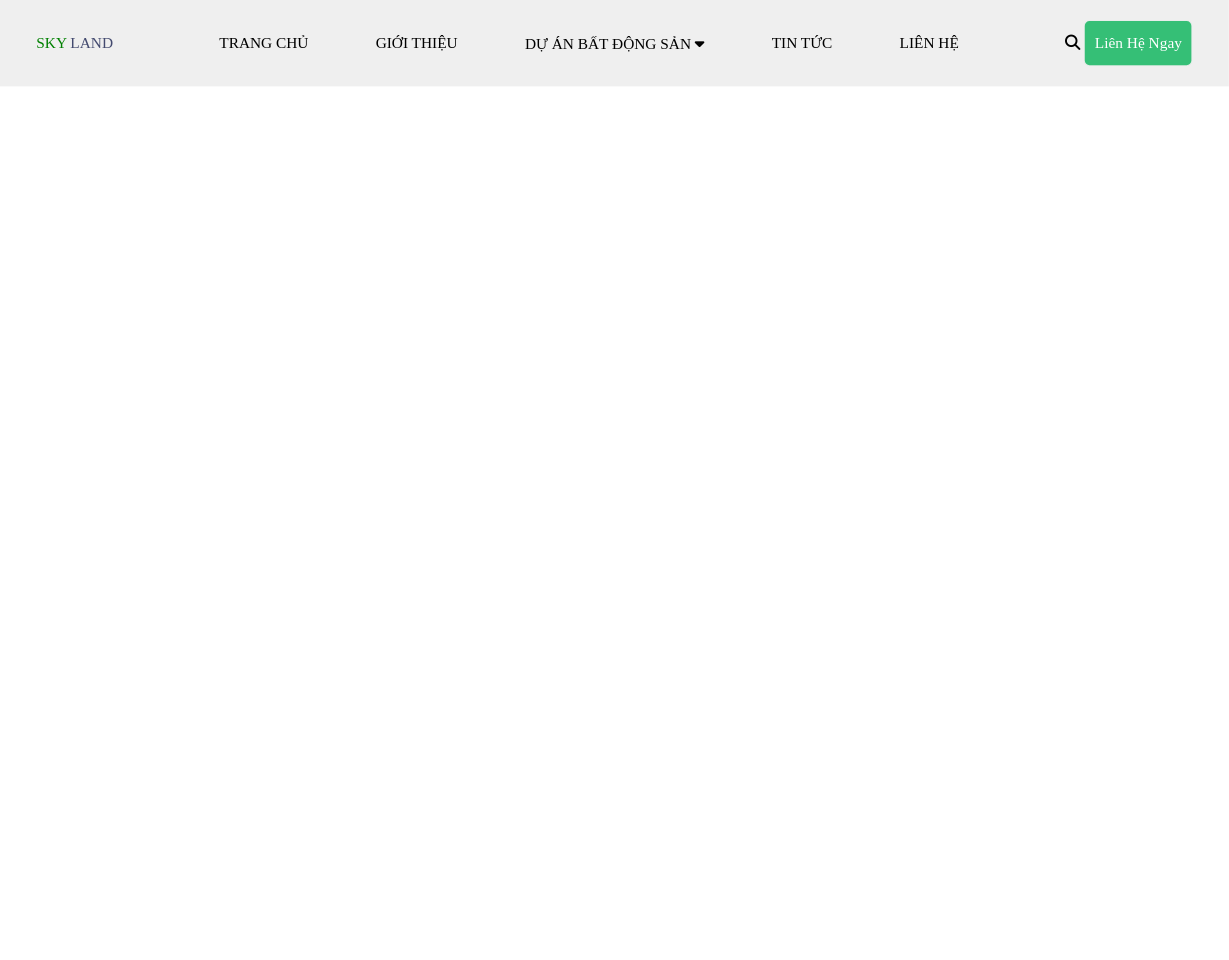
Repository: HuynhDuc23/Webvideodesgin
Page: htmlcssNangCao/index.html
The author's editor kept a copy of each file at every save. The page is drawn from the files as they stood at one save, then again after the next save.
The browser window is 1280 px wide. The pictures show the whole page, at 96% of full size.
The style sheet was rebuilt from its Sass, Less or Tailwind sources for each picture, by a compiler version that may differ from the author's.

Above is the page before, as saved 2023-04-30 08:58:39.

### htmlcssNangCao/index.html
<html lang="en">
<head>
    <meta charset="UTF-8">
    <meta http-equiv="X-UA-Compatible" content="IE=edge">
    <meta name="viewport" content="width=device-width, initial-scale=1.0">
    <link rel="stylesheet" href="./reset.css">
    <link rel="stylesheet" href="https://cdnjs.cloudflare.com/ajax/libs/font-awesome/6.4.0/css/all.min.css" integrity="sha512-iecdLmaskl7CVkqkXNQ/ZH/XLlvWZOJyj7Yy7tcenmpD1ypASozpmT/E0iPtmFIB46ZmdtAc9eNBvH0H/ZpiBw==" crossorigin="anonymous" referrerpolicy="no-referrer" />
    <link rel="stylesheet" href="./style.css">

    <title>Document</title>
</head>
<body>
    <div class="skyland">
        <div class="skyland__top">
            <div class="skyland__header">
                <h1 class="skyland__left1">Sky <span>Land</span> </h1>
            </div>
            <div class="skyland__left">
                <ul class="list">
                    <li class="items">Trang Chủ</li>
                    <li class="items">Giới Thiệu</li>
                    <li class="items">Dự Án Bất Động Sản
                        <i class="fa-solid fa-caret-down caret-down"></i>
                    </li>
                    <li class="items">Tin Tức</li>
                    <li class="items">Liên Hệ</li>
                </ul>
            </div>
            <div class="iconbutton">
                <i class="fa-solid fa-magnifying-glass icon-search"></i>
                <span class="text">Liên Hệ Ngay</span>
            </div>
        </div>
    </div>
</body>
</html>

### htmlcssNangCao/style.scss
html {
    margin: 0;
    padding: 0;
    box-sizing:border-box ;
}
.skyland {
    width: 100%;
    height: 1000px;
    background-color: white;
    &__top {
        width: 100%;
        height: 90px;
        background-color: #eeee;
        display: flex;
        align-items: center;
        justify-content: space-around;
    }
    &__left {
        .list {
          display: flex;
        }
        .items {
            padding: 0 35px;
            text-transform: uppercase;
            cursor: pointer;
        }
    }
    &__header{
        h1 {
            cursor: pointer;
             text-transform: uppercase;
             color: green;
        }
        span {
            color:#434a6f;
        }
    }
    .iconbutton {

        .text {
            color: white;
            display: inline-block;
            line-height: 1.6;
            padding-left: 10px;
            cursor: pointer;
            background-color: #35bf76;
         padding: 10px 10px;
         border: 1px solid #eeee;
         border-radius: 6px;
         line-height: 1.6;
        }
        .icon-search {
            color:black;
        }
    }
}

Loaded but not shown: htmlcssNangCao/reset.css (common file)

After the next save:
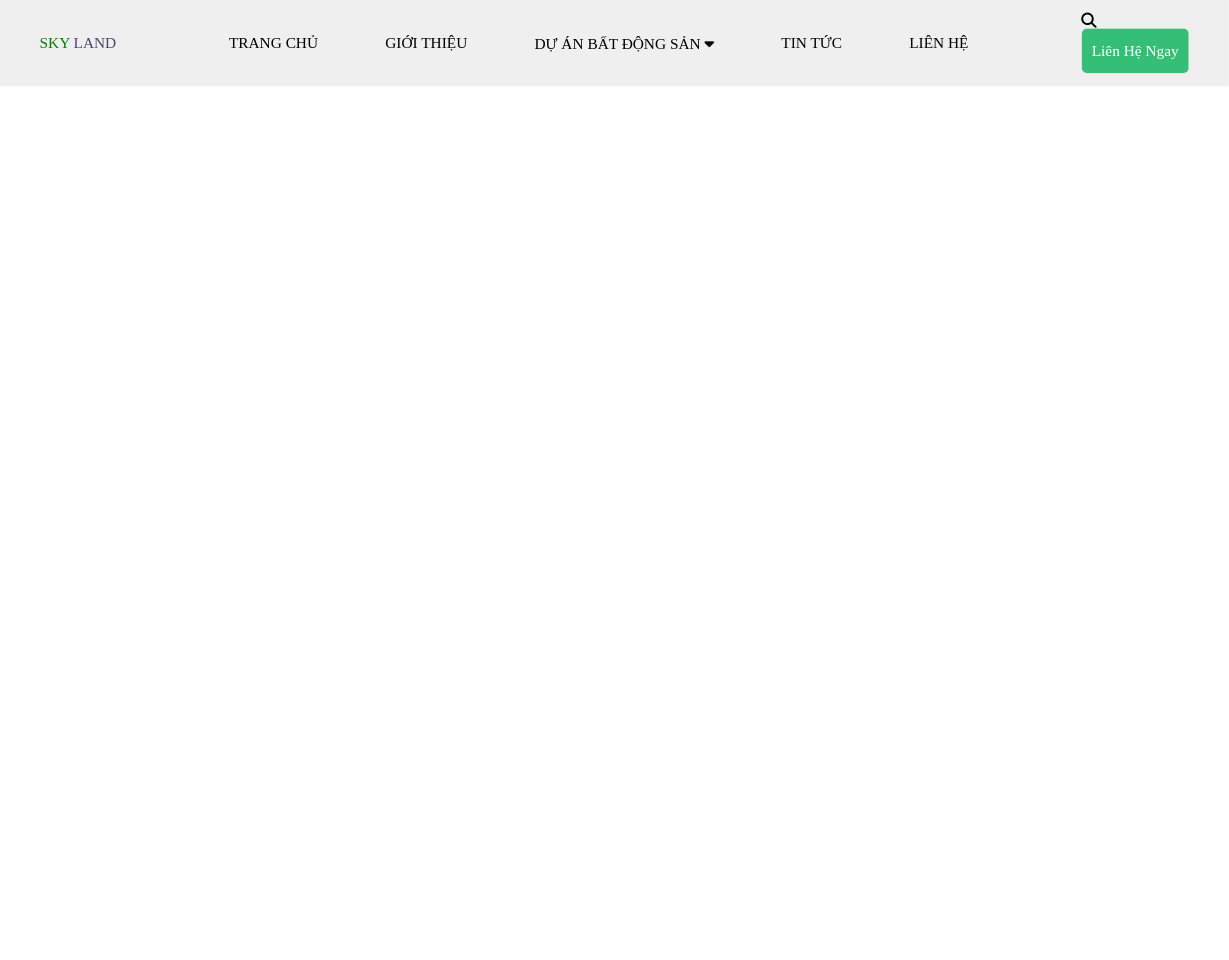
Saved 28 s later.
--- a/htmlcssNangCao/style.scss
+++ b/htmlcssNangCao/style.scss
@@ -51,6 +51,8 @@
         }
         .icon-search {
             color:black;
+            display: block;
+            margin-right: 10px;
         }
     }
 }

After the 2 saves that followed:
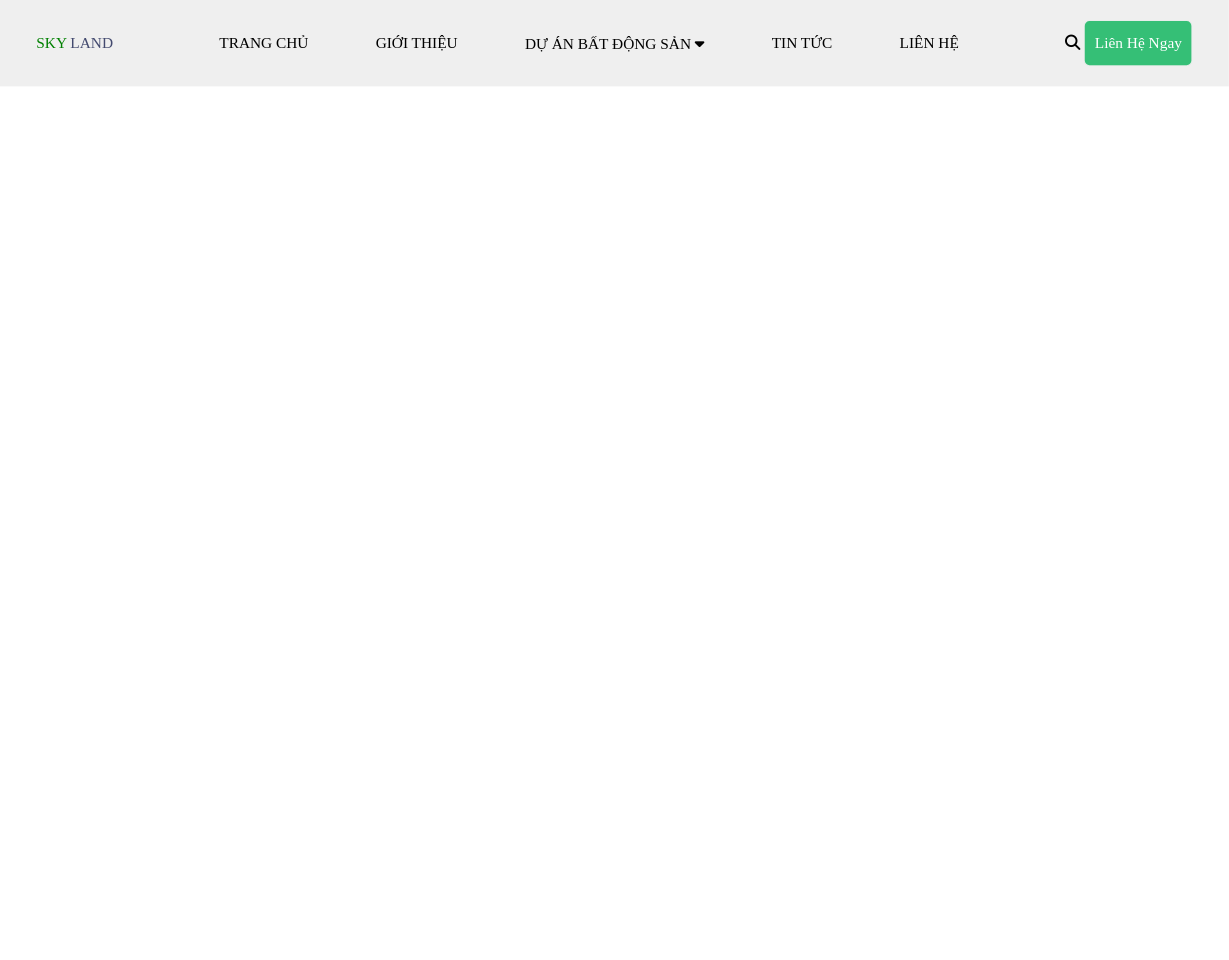
The 2 saves are shown as one change because 1 left the picture as it was.
The last was saved 13 s later.
--- a/htmlcssNangCao/style.scss
+++ b/htmlcssNangCao/style.scss
@@ -51,8 +51,8 @@
         }
         .icon-search {
             color:black;
-            display: block;
-            margin-right: 10px;
+
+
         }
     }
 }
